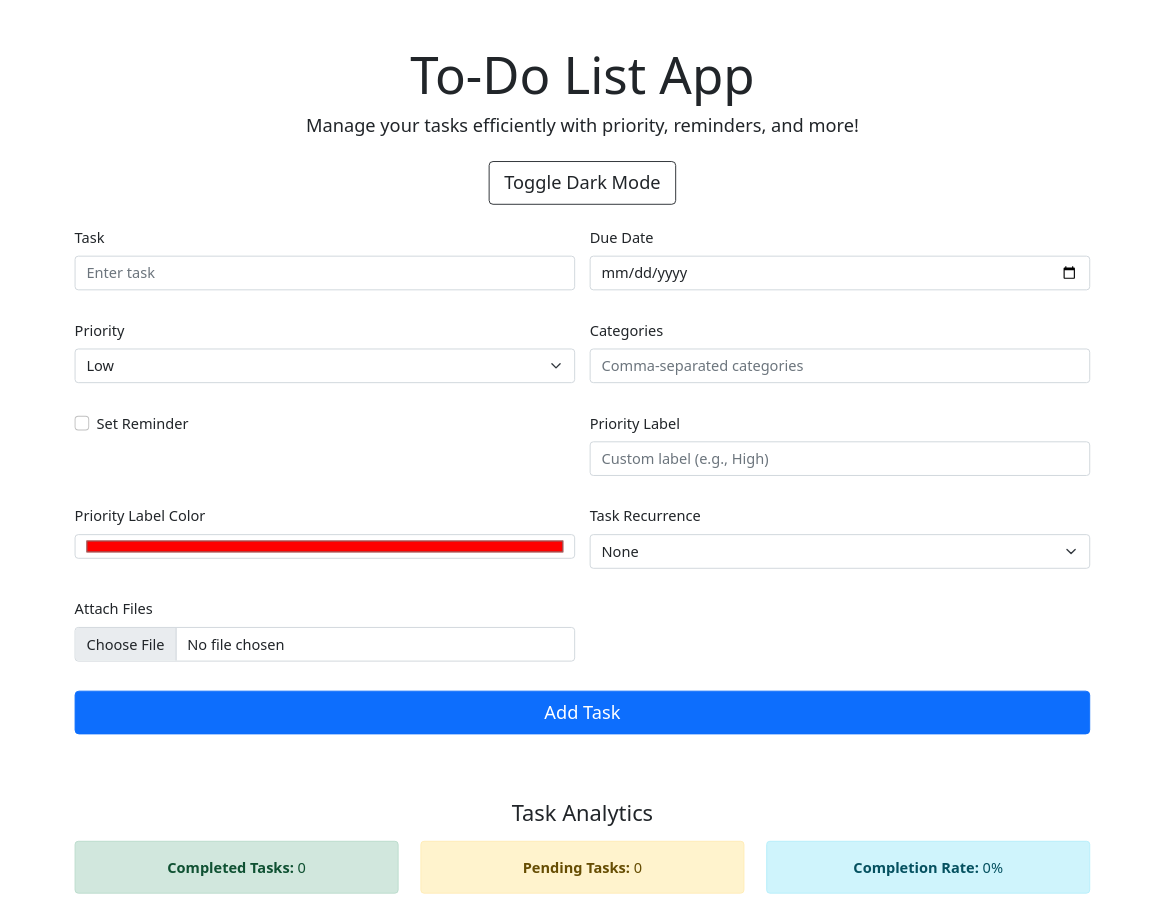
Repository: saniyaacharya04/todo-basic
Page: index.html
These files come from the project's save history. The page is drawn as it stood at one moment and after the next save; the edit follows.
The browser window is 1280 px wide. The pictures show the whole page, at 91% of full size.

Above is the page before, as saved 2025-05-12 18:18:54.
Console error: TypeError: Cannot set properties of null (setting 'onclick')

After the next save:
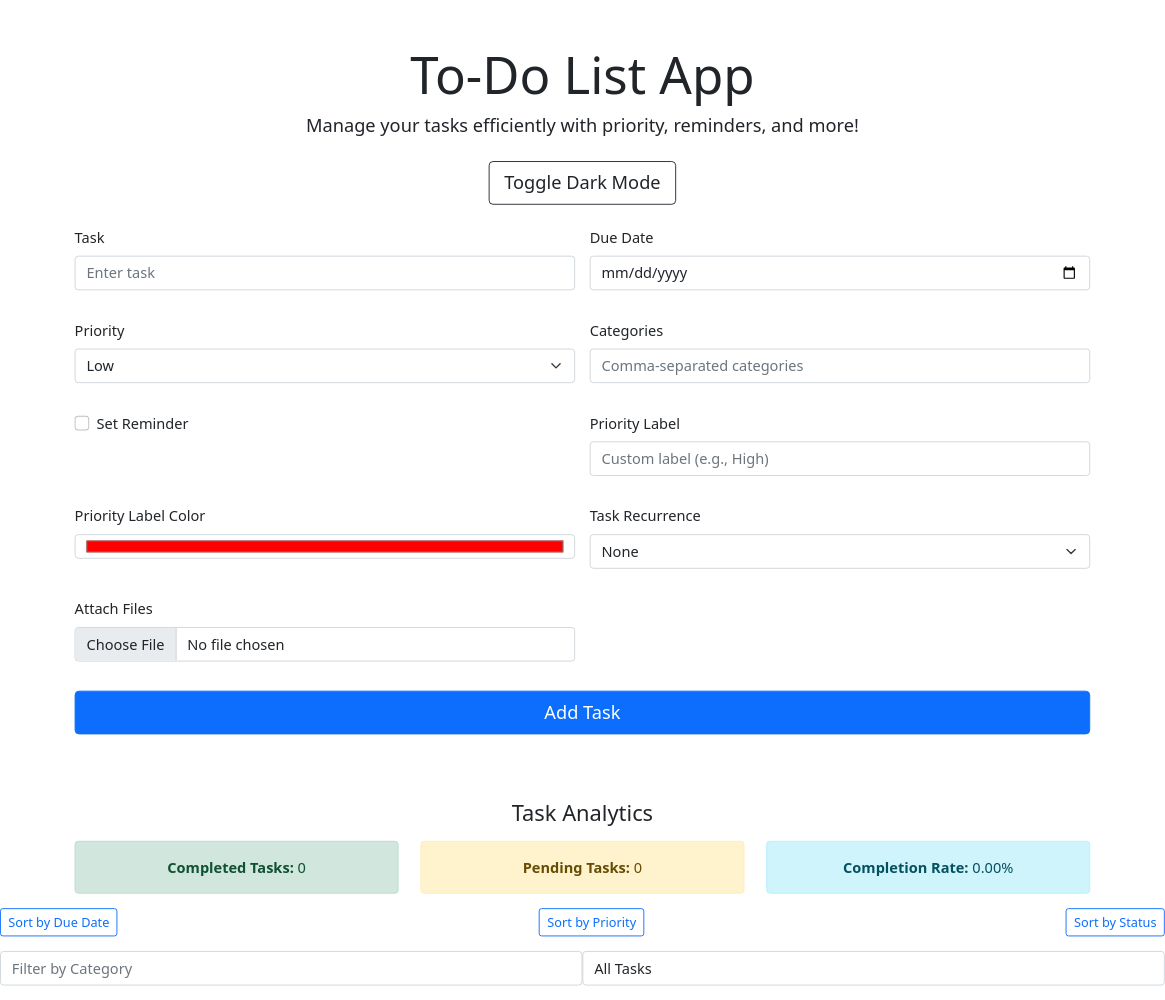
The error is gone.
Saved 86 s later.
--- a/index.html
+++ b/index.html
@@ -129,7 +129,24 @@
         </div>
       </div>
     </div>
-  </div>
+  </div><!-- Sort and Filter Controls -->
+<div class="d-flex justify-content-between mb-3">
+  <!-- Sort Options -->
+  <button id="sort-by-due-date" class="btn btn-outline-primary btn-sm">Sort by Due Date</button>
+  <button id="sort-by-priority" class="btn btn-outline-primary btn-sm">Sort by Priority</button>
+  <button id="sort-by-status" class="btn btn-outline-primary btn-sm">Sort by Status</button>
+</div>
+
+<div class="d-flex justify-content-between mb-3">
+  <!-- Filter Options -->
+  <input type="text" id="filter-by-category" class="form-control" placeholder="Filter by Category">
+  <select id="filter-by-status" class="form-control">
+    <option value="all">All Tasks</option>
+    <option value="completed">Completed Tasks</option>
+    <option value="pending">Pending Tasks</option>
+  </select>
+</div>
+
 
   <!-- Bootstrap JS and dependencies -->
   <script src="https://cdn.jsdelivr.net/npm/@popperjs/core@2.11.6/dist/umd/popper.min.js"></script>
